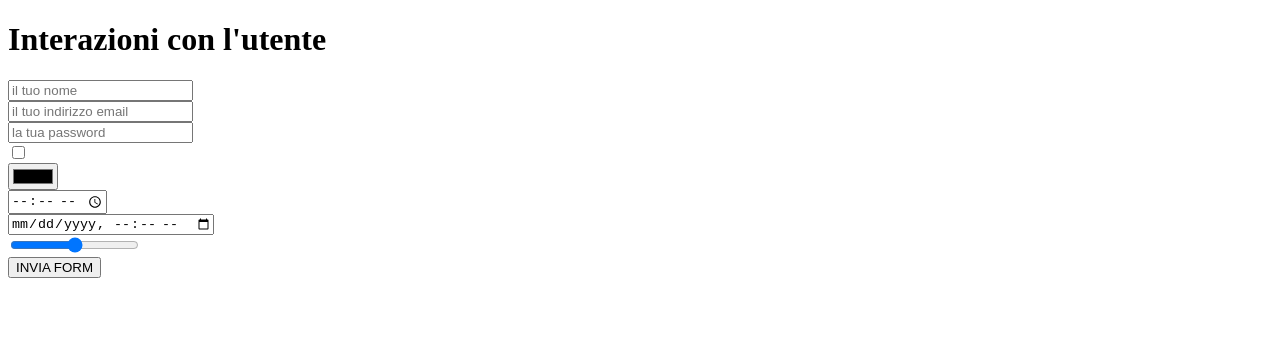
Repository: daniells-21/Pre-Corso-Ch2
Page: Pre-Corso.Ch2/index.html
The author's editor kept a copy of each file at every save. The page is drawn from the files as they stood at one save, then again after the next save.
The browser window is 1280 px wide. The pictures show the whole page.

Above is the page before, as saved 2023-04-12 12:49:34.

### Pre-Corso.Ch2/index.html
<!DOCTYPE html>
<html lang="en">
<head>
    <meta charset="UTF-8">
    <meta http-equiv="X-UA-Compatible" content="IE=edge">
    <meta name="viewport" content="width=device-width, initial-scale=1.0">
    <title>Form e input fields</title>
</head>
<body>
    <h1>Interazioni con l'utente</h1>
 <form onsubmit="alert('form inviato')">
    <div>
        <input type="text" placeholder="il tuo nome"/>
    </div>
    <div>
        <input type="email" placeholder="il tuo indirizzo email"/>
    </div>
    <div>
        <input type="password" placeholder="la tua password"/>
    </div>
    <div>
        <input type="checkbox"/>
    </div>
    <div>
        <input type="color"/>
    </div>
    <div>
        <input type="time"/>
    </div>
    <div>
        <input type="datetime-local"/>
    </div>
    <div>
        <input type="range"/>
    </div>
    <button type="submit">INVIA FORM</button>
 </form>
</body>
</html>

After the next save:
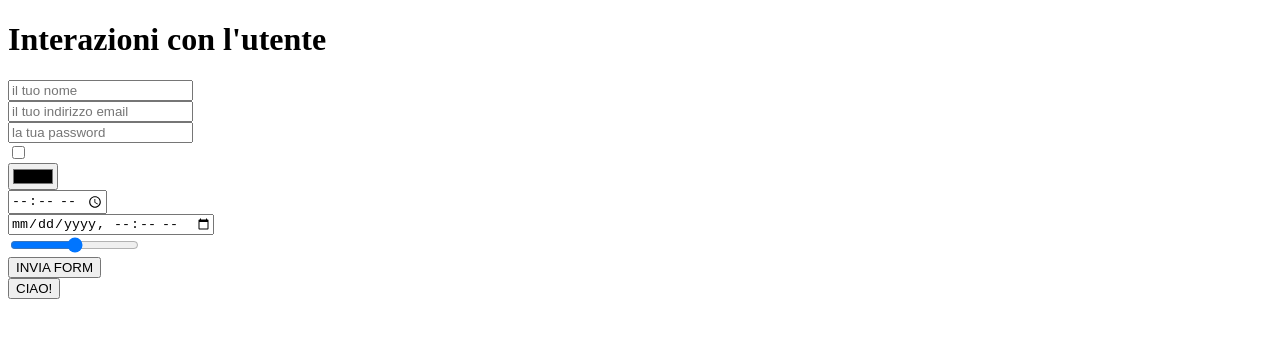
Saved 3 min 33 s later.
--- a/Pre-Corso.Ch2/index.html
+++ b/Pre-Corso.Ch2/index.html
@@ -35,5 +35,6 @@
     </div>
     <button type="submit">INVIA FORM</button>
  </form>
+ <button onclick="alert('come stai?')">CIAO!</button>
 </body>
 </html>
